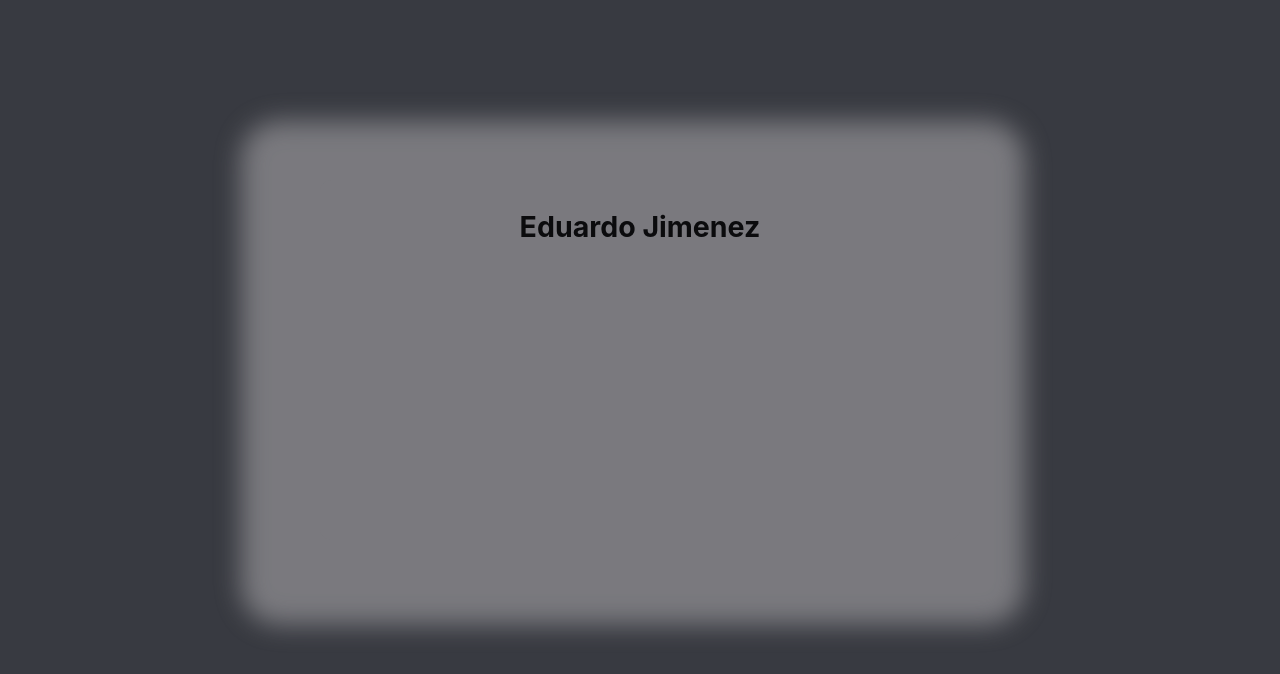
Repository: l8nightswithJS/react-my-portfolio
Page: /
An editor plug-in stored every save of this project. The page is shown before and after the next save, followed by the edit.
The browser window is 1280 px wide. The pictures show the whole page.
The project was rebuilt for these pictures with package versions that can differ from the ones it lists, and the page was loaded fresh each time.

Above is the page before, as saved 2021-04-29 12:35:08.

### src/App.js
import SplashPage from './pages/splashPage';

function App() {
  return (
    <SplashPage />
  );
}

export default App;

### src/pages/splashPage.js
import '../App.css';

function SplashPage() {
    return (
        <div className="App">
            <header className="App-header">
                <section>
                    <article>
                        <h1>Eduardo Jimenez</h1>
                    </article>
                </section>
            </header>
        </div>
    );
}

export default SplashPage;

### src/App.css
.App {
  height: 100vh;
  width: 100%;
  text-align: center;
  background-color: rgb(56, 58, 65);
}

section {
  position: fixed;
  top: 0;
  bottom: 0;
  left: 0;
  right: 0;
  background-color: rgb(139, 138, 142);
  height: 50vh;
  width: 50vw;
  margin: auto;
  font-size: calc(10px + 2vmin);
  color: white;
  box-shadow: -1vh 1vw 2vw 10vh rgb(139, 138, 142);
  opacity: .8;
  border-radius: 1.5vh;
}

h1 {
  color: black;
}

Loaded but not shown: public/index.html (common file); src/index.js (common file); src/index.css (common file); src/reportWebVitals.js (common file)

After the next save:
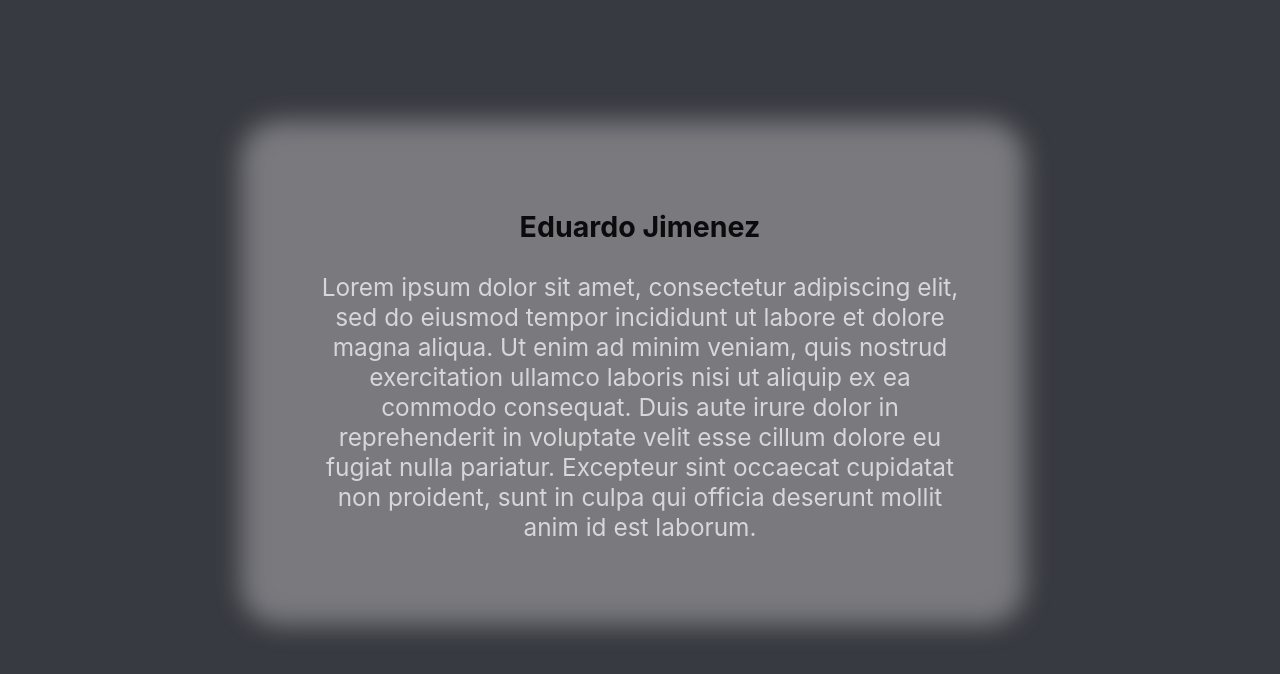
Saved 2 min 2 s later.
--- a/src/pages/splashPage.js
+++ b/src/pages/splashPage.js
@@ -7,6 +7,7 @@ function SplashPage() {
                 <section>
                     <article>
                         <h1>Eduardo Jimenez</h1>
+                        <p>Lorem ipsum dolor sit amet, consectetur adipiscing elit, sed do eiusmod tempor incididunt ut labore et dolore magna aliqua. Ut enim ad minim veniam, quis nostrud exercitation ullamco laboris nisi ut aliquip ex ea commodo consequat. Duis aute irure dolor in reprehenderit in voluptate velit esse cillum dolore eu fugiat nulla pariatur. Excepteur sint occaecat cupidatat non proident, sunt in culpa qui officia deserunt mollit anim id est laborum.</p>
                     </article>
                 </section>
             </header>
